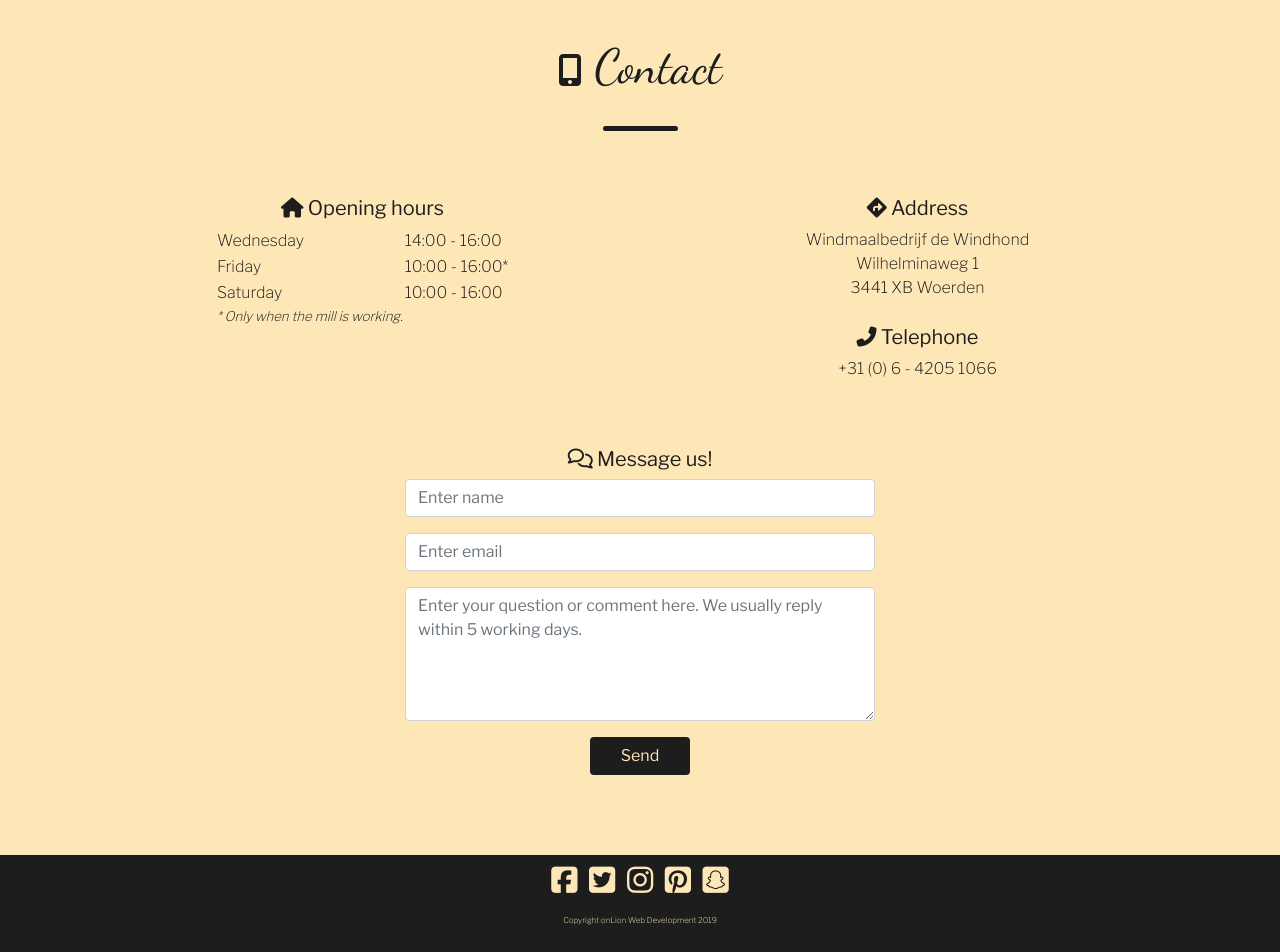
Repository: jdl208/DeWindhond
Page: index.html
The author's editor kept a record of every edit. The page is drawn from the files as they stood at one moment, then again after the next edit.
The browser window is 1280 px wide. The pictures show the part of the page from y = 2092 to 3044 px (the page is 3044 px tall before and 2975 px after).
Some web libraries are served in a nearby version.

Above is the page before.

### index.html
<!DOCTYPE html>
<html lang="en">

<head>
    <meta charset="UTF-8">
    <meta name="viewport" content="width=device-width, initial-scale=1.0">
    <meta http-equiv="X-UA-Compatible" content="ie=edge">
    <title>Windmill "De Windhond"</title>
    <link rel="stylesheet" href="https://stackpath.bootstrapcdn.com/bootstrap/4.3.1/css/bootstrap.min.css" integrity="sha384-ggOyR0iXCbMQv3Xipma34MD+dH/1fQ784/j6cY/iJTQUOhcWr7x9JvoRxT2MZw1T" crossorigin="anonymous">
    <link href="https://fonts.googleapis.com/css?family=Dancing+Script:400,700&display=swap" rel="stylesheet">
    <link rel="stylesheet" href="assets/css/style.css" type="text/css" />

</head>

<body>

    <!-- Navigation-->
    <a href="" class="anchor" id="home"></a>
    <nav class="navbar fixed-top navbar-expand-md navbar-dark dark-bg">
        <a class="navbar-brand" href="#home">De Windhond</a>
        <button id="navbar-toggle-icon" class="navbar-toggler" type="button" data-toggle="collapse" data-target="#navbarTogglerDemo02" aria-controls="navbarTogglerDemo02" aria-expanded="false" aria-label="Toggle navigation">
                <i class="fas fa-bars"></i>
            </button>

        <div class="collapse navbar-collapse" id="navbarTogglerDemo02">
            <ul class="navbar-nav ml-auto mt-2 mt-lg-0">
                <li class="nav-item ml-auto nav--link" data-toggle="collapse" data-target="#navbarTogglerDemo02">
                    <a class="nav-link" href="#home"><strong>Home</strong><span class="sr-only">(current)</span></a>
                </li>
                <li class="nav-item ml-auto nav--link" data-toggle="collapse" data-target="#navbarTogglerDemo02">
                    <a class="nav-link" href="#about"><strong>About</strong></a>
                </li>
                <li class="nav-item ml-auto nav--link" data-toggle="collapse" data-target="#navbarTogglerDemo02">
                    <a class="nav-link" href="#media"><strong>Media</strong></a>
                </li>
                <li class="nav-item ml-auto nav--link" data-toggle="collapse" data-target="#navbarTogglerDemo02">
                    <a class="nav-link" href="#contact"><strong>Contact</strong></a>
                </li>
            </ul>
        </div>
    </nav>

    <!--Header image slider-->

    <header class="top-section">
        <div class="jumbotron sectioncontainer carousel-wrapper">


            <!--Preload images so you you wont see a hickup in the slider -->

            <img class="d-none" src="assets/images/img1.jpg" alt="image mill 1" />
            <img class="d-none" src="assets/images/img2.jpg" alt="image mill 2" />
            <img class="d-none" src="assets/images/img3.jpg" alt="image mill 3" />
            <img class="d-none" src="assets/images/img4.jpg" alt="image mill 4" />
            <img class="d-none" src="assets/images/img5.jpg" alt="image mill 5" />
            <img class="d-none" src="assets/images/img6.jpg" alt="image mill 6" />
            <img class="d-none" src="assets/images/img7.jpg" alt="image mill 7" />

            <div class="bg-image-slider">

            </div>
        </div>
    </header>

    <!-- About -->
    <a href="" class="anchor" id="about"></a>
    <section class="light-bg sectioncontainer">
        <div class="container about">
            <h2><i class="far fa-list-alt media-icon"></i> About</h2>
            <hr class="block-divider dark-divider">

            <div class="row">
                <div class="col-md-6">
                    <h4>Timeline</h4>
                    <div class="history-items">
                        <div class="timeline-item" data-dates="1498">
                            <p>The first mill was build on top of the city wall.</p>
                        </div>
                        <div class="timeline-item" data-dates="1755">
                            <p>De Windhond was build on the spot of the original mill.</p>
                        </div>
                        <div class="timeline-item" data-dates="1977">
                            <p>The mill was sold to the city of Woerden. Whom restored the mill to it's original state.</p>
                        </div>
                        <div class="timeline-item" data-dates="2011">
                            <p>The new miller Karel Dolman is going to work in De Windhond and is going to make the mill functioning again untill this day.</p>
                        </div>
                    </div>
                </div>
                <div class="col-md-6">
                    <hr class="block-divider dark-divider d-md-none">
                    <h4>History</h4>
                    <p>Windmill "De Windhond" is a round stone mill and is an historical and valuable feature for the city of Woerden.</P>
                    <p>The mill stands on one of the last pieces of city wall, originally part of a bastion belonging to the city walls of old Woerden. De Windhond has a flight of 25.2 meters. The interior of the mill is largely in authentic condition.</p>
                    <p>The mill doesn't work on full production. The flour made at the mill is used at various points of sale. In addition, a number of bakers in Woerden sell bread with flour from the mill.</p>
                    <p>The miller Karel Dolman lives in the house at the bottom of the mill. He divides his time between his job as a mill repairman and working at De Windhond.</p>
                </div>
            </div>
        </div>

    </section>

    <!-- Media section-->

    <a href="" class="anchor" id="media"></a>
    <section class="dark-bg mediabox sectioncontainer">
        <H2><i class="fas fa-photo-video media-icon"></i> Media</H2>
        <hr class="block-divider yellow-divider">
        <div class="row mediarow">
            <div class="col-xl-6 ytclip">
                <h4>Impression of the mill</h4>

                <iframe width="560" height="315" src="https://www.youtube.com/embed/qNwYElhLL6A" frameborder="0" allow="accelerometer; autoplay; encrypted-media; gyroscope; picture-in-picture" allowfullscreen></iframe>
            </div>
            <!--</div>-->

            <hr class="block-divider dark-divider d-xl-none">

            <!--<div class="row mediarow">-->
            <div class="col-xl-6 ytclip">
                <h4>Interview with Karel Dolman the miller</h4>

                <iframe width="560" height="315" src="https://www.youtube.com/embed/lAjF5r5rAqM" frameborder="0" allow="accelerometer; autoplay; encrypted-media; gyroscope; picture-in-picture" allowfullscreen></iframe>
            </div>
        </div>
    </section>

    <!-- Contact-->

    <a href="" class="anchor" id="contact"></a>
    <section class="sectioncontainer light-bg">
        <div class="container">
            <h2><i class="fas fa-mobile-alt media-icon"></i> Contact</h2>
            <hr class="block-divider dark-divider">
            <div class="row">
                <div class="col-md-6 contact_visiting">
                    <h5><i class="fas fa-home"></i> Opening hours</h5>
                    <table>
                        <tr>
                            <td>Wednesday</td>
                            <td>14:00 - 16:00</td>
                        </tr>
                        <tr>
                            <td>Friday</td>
                            <td>10:00 - 16:00*</td>
                        </tr>
                        <tr>
                            <td>Saturday</td>
                            <td>10:00 - 16:00</td>
                        </tr>
                        <tr class="footnote_opening">
                            <td>* Only when the mill is working.</td>
                        </tr>

                    </table>
                </div>
                <div class="col-md-6 contact_visiting">

                    <h5><i class="fas fa-directions"></i> Address</h5>
                    <p>Windmaalbedrijf de Windhond<br> Wilhelminaweg 1<br> 3441 XB Woerden
                    </p>
                    <h5><i class="fas fa-phone-alt"></i> Telephone</h5>
                    <p> +31 (0) 6 - 4205 1066</p>

                </div>

            </div>

            <div class="row">
                <div class="col-12 contact-form">
                    <form>
                        <h5><i class="far fa-comments"></i> Message us!</h5>
                        <div class="form-group">
                            <input type="text" class="form-control" placeholder="Enter name" required>
                        </div>
                        <div class="form-group">
                            <input type="email" class="form-control" placeholder="Enter email" required>
                        </div>
                        <div class="form-group">
                            <textarea class="form-control" rows="5" Placeholder="Enter your question or comment here. We usually reply within 5 working days." required></textarea>
                        </div>
                        <button type="submit" class="btn btn--dark">Send</button>
                    </form>
                </div>
            </div>
        </div>
    </section>

    <footer class="dark-bg footer">
        <div class="row">
            <div class="col-12">
                <ul class="list-inline">
                    <li class="list-inline-item"><a class="light-link" href="https://www.facebook.com/windmaalbedrijfdewindhond?pnref=story" target="_blank"><i class="fab fa-facebook-square socialicon"></i></a></li>
                    <li class="list-inline-item"><a class="light-link" href="https://twitter.com" target="_blank"><i class="fab fa-twitter-square socialicon"></i></a></li>
                    <li class="list-inline-item"><a class="light-link" href="https://www.instagram.com" target="_blank"><i class="fab fa-instagram socialicon"></i></a></li>
                    <li class="list-inline-item"><a class="light-link" href="https://www.pinterest.com" target="_blank"><i class="fab fa-pinterest-square socialicon"></i></a></li>
                    <li class="list-inline-item"><a class="light-link" href="https://www.snapchat.com" target="_blank"><i class="fab fa-snapchat-square socialicon"></i></a></li>
                </ul>
            </div>
        </div>
        <p class="copyright">Copyright onLion Web Development 2019</p>

    </footer>

    <script src="https://code.jquery.com/jquery-3.3.1.slim.min.js" integrity="sha384-q8i/X+965DzO0rT7abK41JStQIAqVgRVzpbzo5smXKp4YfRvH+8abtTE1Pi6jizo" crossorigin="anonymous"></script>
    <script src="https://cdnjs.cloudflare.com/ajax/libs/popper.js/1.14.7/umd/popper.min.js" integrity="sha384-UO2eT0CpHqdSJQ6hJty5KVphtPhzWj9WO1clHTMGa3JDZwrnQq4sF86dIHNDz0W1" crossorigin="anonymous"></script>
    <script src="https://stackpath.bootstrapcdn.com/bootstrap/4.3.1/js/bootstrap.min.js" integrity="sha384-JjSmVgyd0p3pXB1rRibZUAYoIIy6OrQ6VrjIEaFf/nJGzIxFDsf4x0xIM+B07jRM" crossorigin="anonymous"></script>
    <script src="https://kit.fontawesome.com/70761e8d6e.js"></script>

</body>

</html>

### assets/css/style.css
@import url('https://fonts.googleapis.com/css?family=Dancing+Script:400,700|Libre+Franklin:200,300,400,700&display=swap');

html {
    scroll-behavior: smooth;
}

body {
    font-family: "Libre Franklin";
    font-weight: 200;
}

.sectioncontainer {
    padding-top: 50px;
    padding-bottom: 80px;
}

.anchor {
    display: block;
    position: relative;
    top: -56px;
    visibility: hidden;
}

.block-divider {
    width: 75px;
    height: 5px;
    border: 0;
    border-radius: 15px;
    margin-top: 30px;
    margin-bottom: 40px;
}

/* ---------------------------------------------- Colors */

.dark-bg {
    color: #fee7b6;
    background-color: #1d1d1d;
}

.light-bg {
    background-color: #fee7b6;
    color: rgb(29, 29, 29);
}

.yellow-divider {
    background-color: #fee7b6;
}

.dark-divider {
    background-color: rgb(29, 29, 29);
}

.light-link {
    color: #fee7b6;
}

.btn--dark {
    color: #fee7b6;
    background-color: rgba(29, 29, 29, 1);
    text-align: center;
}

.btn--dark:hover {
    color: #dec080;
    background-color: #000;
}


/* ---------------------------------------------- Headings */

h2,
h3,
h4 {
    font-family: "dancing script";
    text-align: center;
    font-size: 3rem;
}

h4 {
    font-size: 2rem;
}

.media-icon {
    font-size: 32px;
}

/* ---------------------------------------------- Navbar */

.navbar {
    font-family: "dancing script";
    font-size: 1.2rem;
}

.navbar-brand {
    font-size: 1.5rem;
}

.navbar-brand:hover {
    color: #dec080;
}

.navbar-dark .navbar-brand {
    color: #fee7b6;
}

.navbar-dark .navbar-brand:hover {
    color: #dec080;
}


#navbar-toggle-icon {
    border: 0;
    color: #fee7b6;
}

.navbar-dark .navbar-nav .nav-link {
    color: #fee7b6;
}

.navbar-dark .navbar-nav .nav-link:hover {
    color: #dec080;
}


/* ---------------------------------------------- Header */

.top-section {
    padding: 0;
}

.carousel-wrapper {
    position: relative;
    top: 56px;
    margin: 0 0 56px 0;
    padding: 0;
}

.bg-image-slider {
    height: 95vh;
    width: 100%;
    animation-name: bgslider;
    animation-duration: 42s;
    animation-timing-function: ease-in;
    animation-iteration-count: infinite;
    background-image: url("../images/img1.jpg");
    background-size: cover;
    background-repeat: no-repeat;
    background-position: center;
}

@keyframes bgslider {
    0% {
        background-image: url("../images/img1.jpg");
    }
    10% {
        background-image: url("../images/img1.jpg");
    }
    14% {
        background-image: url("../images/img2.jpg");
    }
    24% {
        background-image: url("../images/img2.jpg");
    }
    28% {
        background-image: url("../images/img3.jpg");
    }
    38% {
        background-image: url("../images/img3.jpg");
    }
    42% {
        background-image: url("../images/img4.jpg");
    }
    52% {
        background-image: url("../images/img4.jpg");
    }
    56% {
        background-image: url("../images/img5.jpg");
    }
    66% {
        background-image: url("../images/img5.jpg");
    }
    70% {
        background-image: url("../images/img6.jpg");
    }
    80% {
        background-image: url("../images/img6.jpg");
    }
    84% {
        background-image: url("../images/img7.jpg");
    }
    95% {
        background-image: url("../images/img7.jpg");
    }
    100% {
        background-image: url("../images/img1.jpg");
    }
}

/* ---------------------------------------------- About */

.history-heading {
    margin-bottom: 50px;
}

.timeline-item {
    padding: 4em 2em 0em 2em;
    position: relative;
    border-left: 1px solid;
}

.timeline-item p {
    padding: 0;
    margin: 0;
}

.timeline-item:before {
    content: attr(data-dates);
    position: absolute;
    left: 2.5em;
    top: 3em;
    display: block;
    font-weight: 500;
    font-size: 0.8em;
    padding: 0;
    margin: 0;
}

.timeline-item:after {
    width: 12px;
    height: 12px;
    display: block;
    top: 2.5em;
    position: absolute;
    left: -6px;
    border-radius: 12px;
    content: '';
    background: rgb(29, 29, 29);

}

/* ---------------------------------------------- Media */

.row {
    margin: 0;
}

.ytclip {
    text-align: center;
    padding: 0 20px;
}

iframe {
    max-width: 80vw;
}

/* ---------------------------------------------- Contact */

.contact_visiting {
    text-align: center;
}

.contact_visiting table {
    text-align: left;
    margin: auto;
}

.contact_visiting h5 {
    margin-top: 25px;
}

.footnote_opening {
    font-size: smaller;
    font-style: italic;
}


.contact-form {
    margin: auto;
    text-align: center;
    margin-top: 50px;
    max-width: 500px;
}

.contact-form .btn--dark {
    width: 100px;
}


/* ---------------------------------------------- Footer */

.footer {
    text-align: center;
    padding: 10px;
    margin-bottom: 0;
}

.footerlist {
    list-style-type: none;
}

.list-item-footer {
    display: inline-block;
    color: #fee7b6;
}

.socialicon {
    font-size: 30px;
}

.socialicon:hover {
    color: #dec080
}

.copyright {
    font-weight: 200;
    font-size: 0.5rem;
    text-align: center;
}

After the next edit:
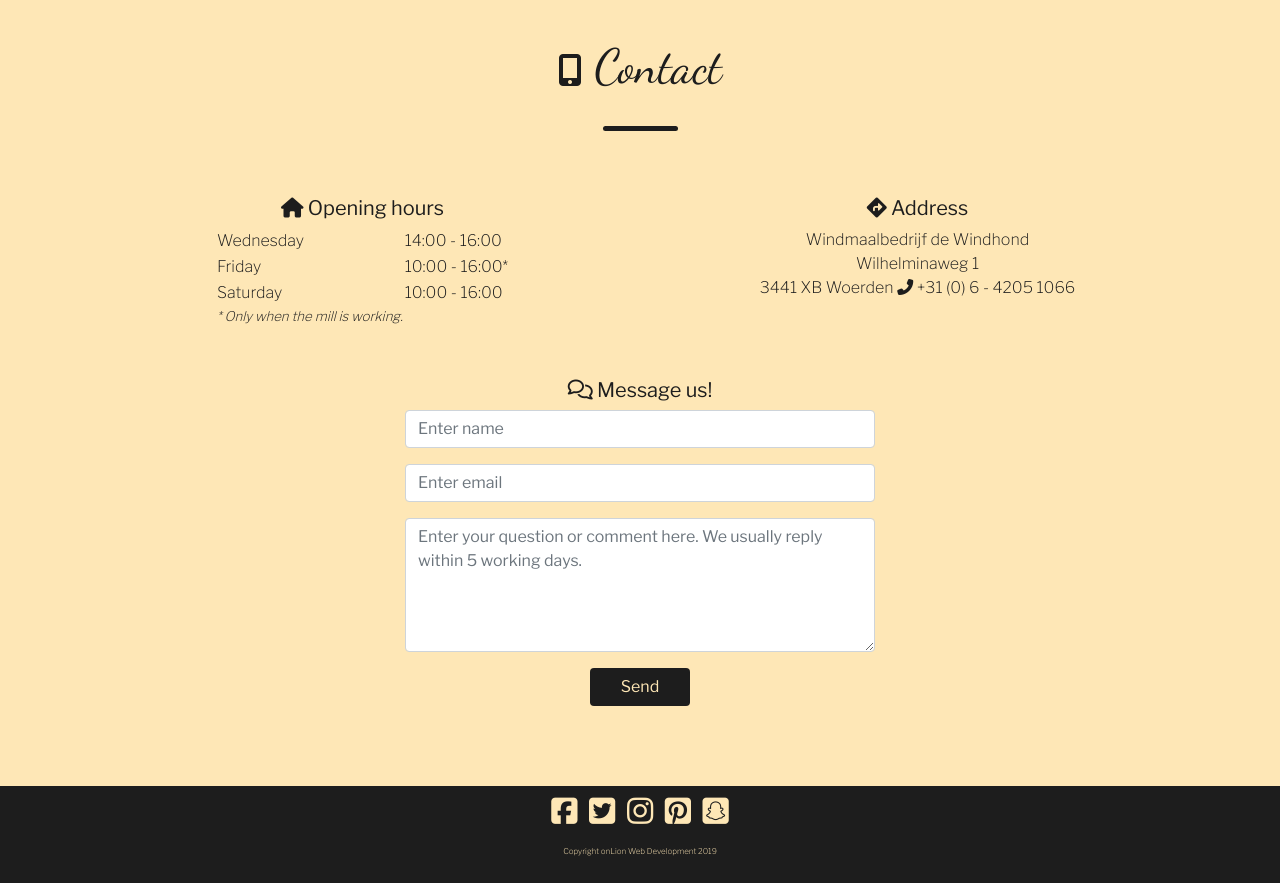
The edit:
--- a/index.html
+++ b/index.html
@@ -158,9 +158,9 @@
 
                     <h5><i class="fas fa-directions"></i> Address</h5>
                     <p>Windmaalbedrijf de Windhond<br> Wilhelminaweg 1<br> 3441 XB Woerden
+
+                    <i class="fas fa-phone-alt"></i> +31 (0) 6 - 4205 1066
                     </p>
-                    <h5><i class="fas fa-phone-alt"></i> Telephone</h5>
-                    <p> +31 (0) 6 - 4205 1066</p>
 
                 </div>
 
